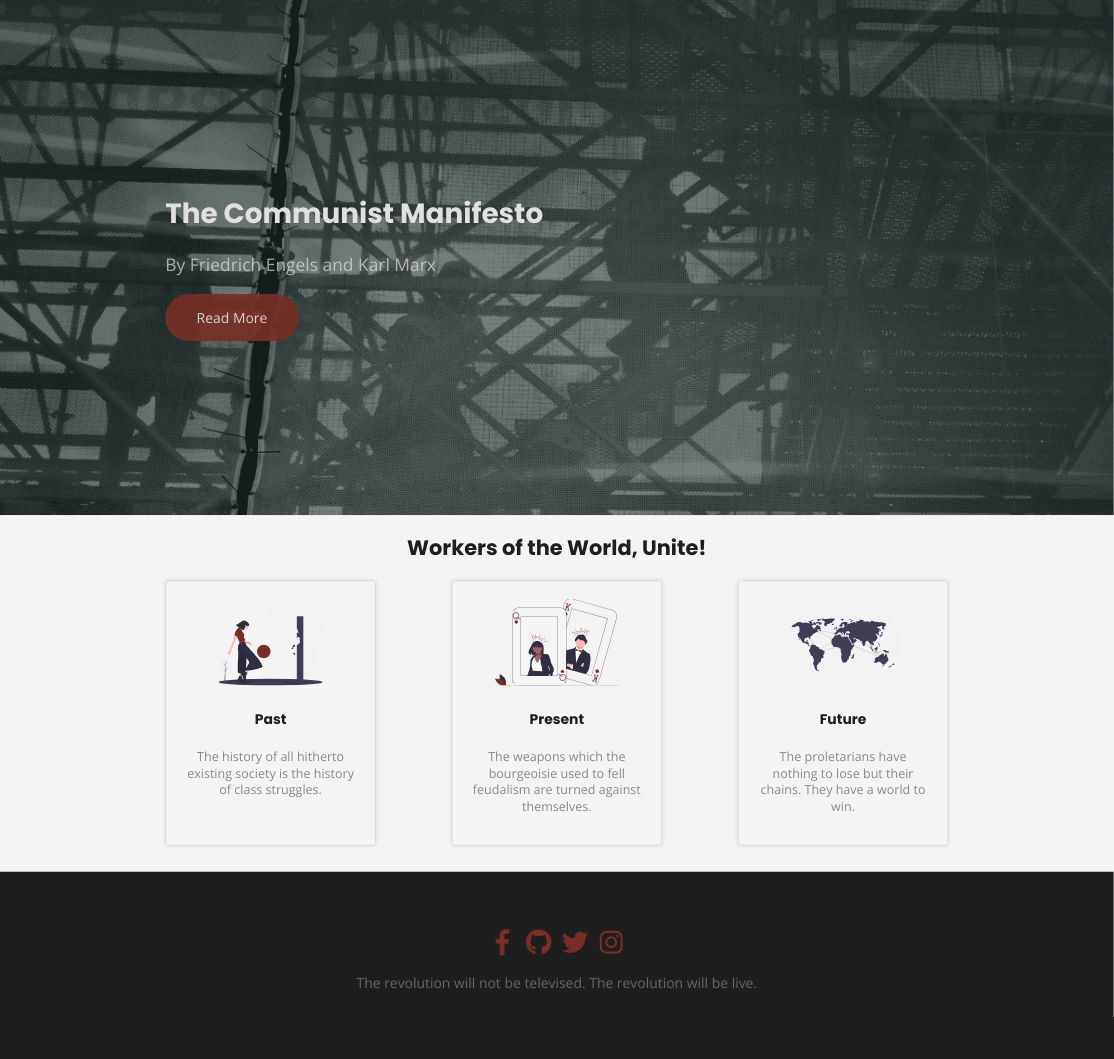
Repository: eaang/landing
Page: index.html
These files come from the project's save history. The page is drawn as it stood at one moment and after a run of saves; the edit follows.
The browser window is 1280 px wide. The pictures show the whole page, at 87% of full size.
The pointer rests on the first visible `.btn-primary`.
Some web libraries are served in a nearby version.

Above is the page before, as saved 2020-06-10 19:26:00.

### index.html
<!DOCTYPE html>
<html>
  <head>
    <meta charset="UTF-8" />
    <title>The Communist Manifesto</title>
    <link rel="shortcut icon" href="data:[embedded picture, 18 characters]" type="image/x-icon" />
    <!-- We need this line below for responsiveness! -->
    <meta name="viewport" content="width=device-width, initial-scale=1" />
    <link rel="stylesheet" href="css/style.css" />
  </head>
  <body>
    <!-- code a Hero / Banner section -->
    <div class="banner">
      <div class="container">
        <h1>The Communist Manifesto</h1>
        <p>By Friedrich Engels and Karl Marx</p>
        <a
          class="btn-primary"
          href="https://www.marxists.org/archive/marx/works/1848/communist-manifesto/"
          >Read More</a
        >
      </div>
    </div>
    <!-- code a "How it works" section -->
    <div class="container">
      <h2 class="text-center">Workers of the World, Unite!</h2>
      <div class="cards">
        <div class="card">
          <img src="images/struggle.svg" alt="" />
          <div class="card-titles"><h4>Past</h4></div>
          <div class="card-text">
            <p>
              The history of all hitherto existing society is the history of
              class struggles.
            </p>
          </div>
        </div>

        <div class="card">
          <img src="images/feudal.svg" alt="" />
          <div class="card-titles"><h4>Present</h4></div>
          <div class="card-text">
            <p>
              The weapons which the bourgeoisie used to fell feudalism are
              turned against themselves.
            </p>
          </div>
        </div>

        <div class="card">
          <img src="images/future.svg" alt="" />
          <div class="card-titles"><h4>Future</h4></div>
          <div class="card-text">
            <p>
              The proletarians have nothing to lose but their chains. They have
              a world to win.
            </p>
          </div>
        </div>
      </div>
    </div>
    <!-- code a footer -->
    <div class="footer">
      <div class="links">
        <a href="#"><i class="fab fa-fw fa-facebook-f"></i></a>
        <a href="#"><i class="fab fa-fw fa-github"></i></a>
        <a href="#"><i class="fab fa-fw fa-twitter"></i></a>
        <a href="#"><i class="fab fa-fw fa-instagram"></i></a>
        <p>
          The revolution will not be televised. The revolution will be live.
        </p>
      </div>
    </div>
  </body>
</html>

### css/style.css
/* Fonts */
@import url("https://fonts.googleapis.com/css?family=Open+Sans:400,700|Poppins:700");

/* Fontawesome */
@import url("https://use.fontawesome.com/releases/v5.6.3/css/all.css");

/* Utilities */
body {
  margin: 0;
  font-family: Open Sans;
  background-color: #f5f4f5;
  color: #1f1e1f;
}

h1,
h2,
h3,
h4 {
  font-family: Poppins;
}

a {
  text-decoration: none;
}

.text-center {
  text-align: center;
}
/* Custom design below! */
.container {
  max-width: 900px;
  margin: auto;
}

/* Banner design */
.banner:before {
  content: " ";
  display: block;
  position: absolute;
  left: 0;
  top: 0;
  width: 100%;
  height: 100%;
  z-index: 1;
  opacity: 0.4;
  background-image: url("../images/background.jpg");
  background-repeat: no-repeat;
  background-position: 50% 0;
  -ms-background-size: cover;
  -o-background-size: cover;
  -moz-background-size: cover;
  -webkit-background-size: cover;
  background-size: cover;
}
.banner {
  position: relative;
  background: #203130;
  overflow: hidden;
  padding: 200px 0;
}
.banner h1 {
  position: relative;
  z-index: 3;
  color: #e1dfe1;
}
.banner p {
  position: relative;
  z-index: 3;
  color: #e1dfe1;
  opacity: 0.7;
  font-size: 20px;
}
.btn-primary {
  position: relative;
  z-index: 3;
  display: inline-block;
  background-color: #772e25;
  padding: 16px 36px;
  border-radius: 50px;
  color: #e1dfe1;
}
.btn-primary:hover {
  opacity: 0.9;
}

/* Cards design */
.cards {
  flex-wrap: wrap;
  display: flex;
  justify-content: space-between;
  margin-bottom: 30px;
}
.card {
  max-width: 200px;
  border-radius: 3px;
  box-shadow: 0 0 5px rgb(216, 212, 216);
  text-align: center;
  padding: 20px;
  border: 1px solid rgb(216, 212, 216);
}
.card img {
  height: 100px;
}
.card p {
  opacity: 0.5;
  font-size: 0.9em;
}

/* Footer design */
.footer {
  text-align: center;
  padding: 60px;
  background-color: #1f1e1f;
}
.footer a {
  font-size: 30px;
  color: #772e25;
}
.footer p {
  color: #686468;
}

/* Media Queries */

@media only screen and (max-width: 1000px) {
  .banner {
    padding: 50px 20px;
  }
  .cards {
    padding: 0px 10px 0px 10px;
  }
  .card {
    margin: 0 10px;
  }
}
@media only screen and (max-width: 830px) {
  .cards {
    flex-direction: column;
  }
  .card {
    min-width: 90%;
    margin: 10px auto;
    display: flex;
    justify-content: space-between;
    text-align: left;
  }
  .card img {
    width: 100px;
  }
  .card-titles {
    flex: 1 0 auto;
    text-align: left;
    padding-left: 10px;
    margin-right: 10px;
    min-width: 15%;
  }
  .card-text {
    max-width: 70%;
  }
}
@media only screen and (max-width: 600px) {
  .banner {
    padding: 20px 10px;
    display: flex;
    justify-content: space-around;
    text-align: center;
  }
  .banner h1 {
    font-size: 1.5em;
  }
  .banner p {
    font-size: 1em;
    display: inline-block;
  }
  .btn-primary {
    padding: 5px;
    margin-left: 5px;
    border-radius: 2px;
  }
}

After the next 2 saves:
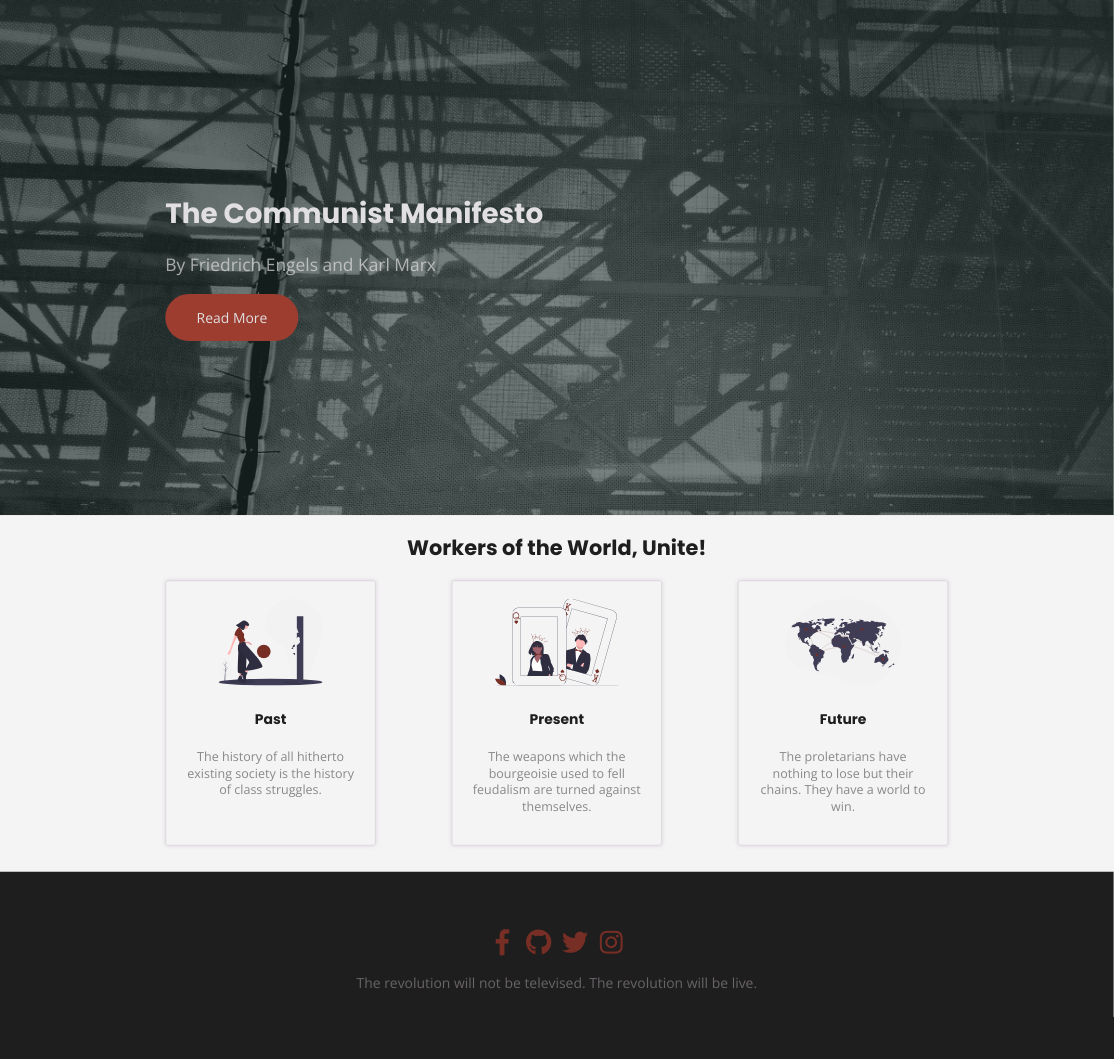
The 2 saves are shown as one change because they came seconds apart.
The last was saved 74 s later.
--- a/css/style.css
+++ b/css/style.css
@@ -80,7 +80,7 @@ a {
   color: #e1dfe1;
 }
 .btn-primary:hover {
-  opacity: 0.9;
+  background-color: #9C3D30;
 }
 
 /* Cards design */
